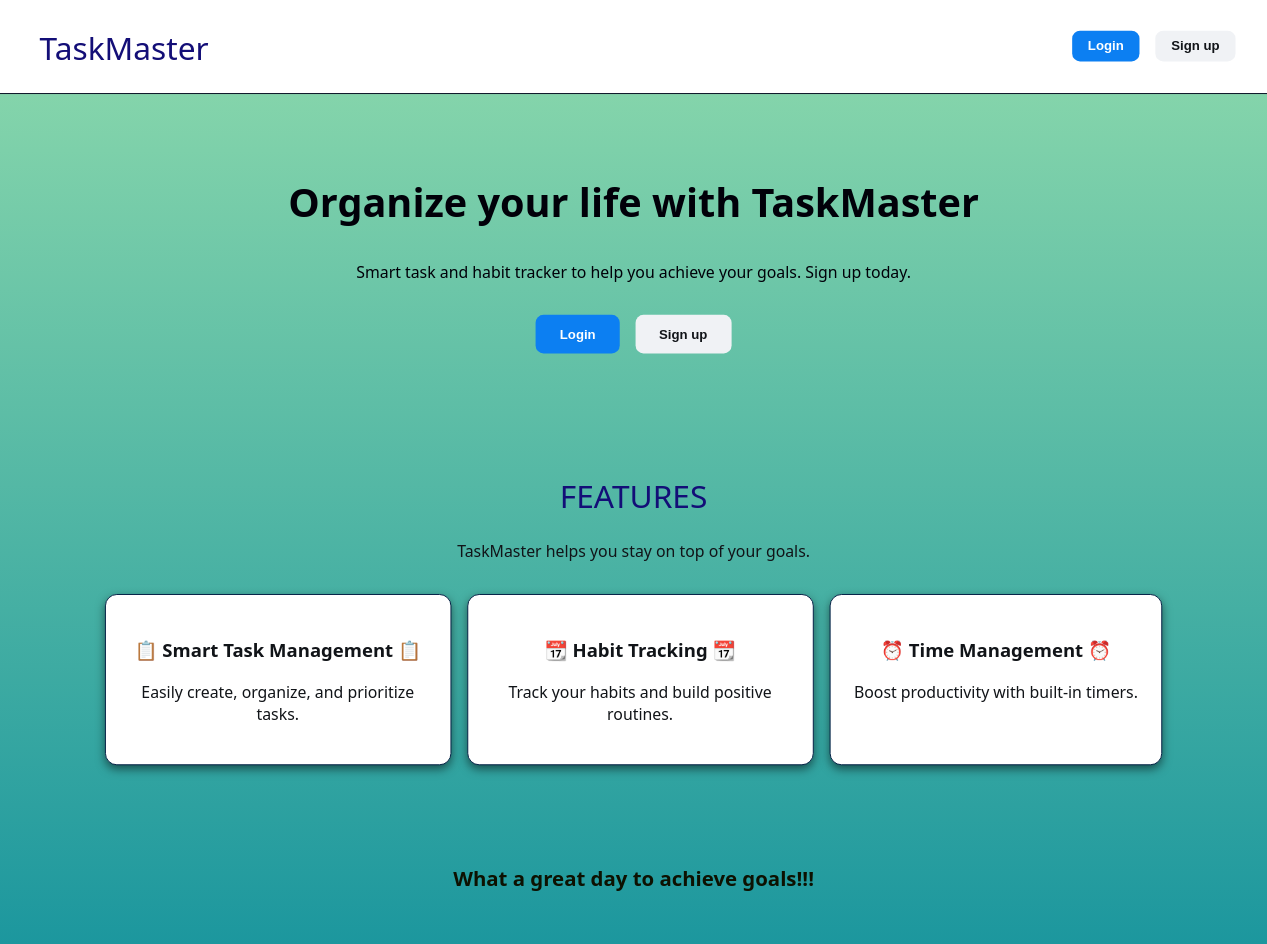
Repository: RachelB9913/smart-task-and-habit-tracker
Page: /
An editor plug-in stored every save of this project. The page is shown before and after the next save, followed by the edit.
The browser window is 1280 px wide. The pictures show the whole page, at 99% of full size.
The project was rebuilt for these pictures with package versions that can differ from the ones it lists, and the page was loaded fresh each time. Also part of the build but not shown: src/services/api.js, src/components/Login.js, src/components/Auth.css, src/components/Register.js, src/components/DashBoard.js.

Above is the page before, as saved 2025-06-18 18:42:18.

After the next save:
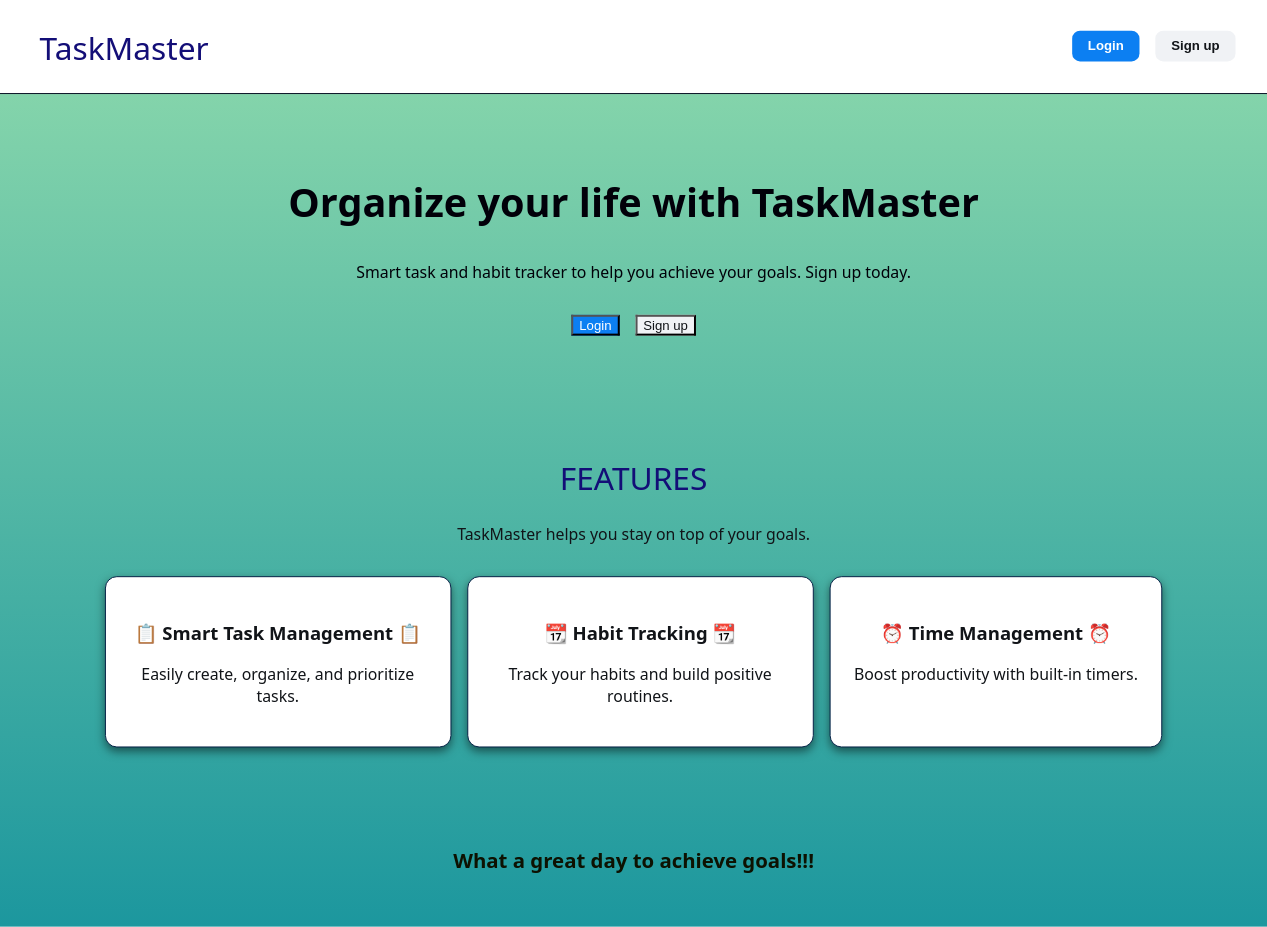
Saved 28 s later.
--- a/src/App.css
+++ b/src/App.css
@@ -124,7 +124,9 @@
   gap: 1rem;
 }
 
-.hero-actions button {
+.hero-actions button:hover {
+  box-shadow: 0 4px 10px rgba(0, 0, 0, 0.2);
+  transition: box-shadow 0.2s;
   padding: 0.75rem 1.5rem;
   font-weight: bold;
   border-radius: 8px;

After the 2 saves that followed:
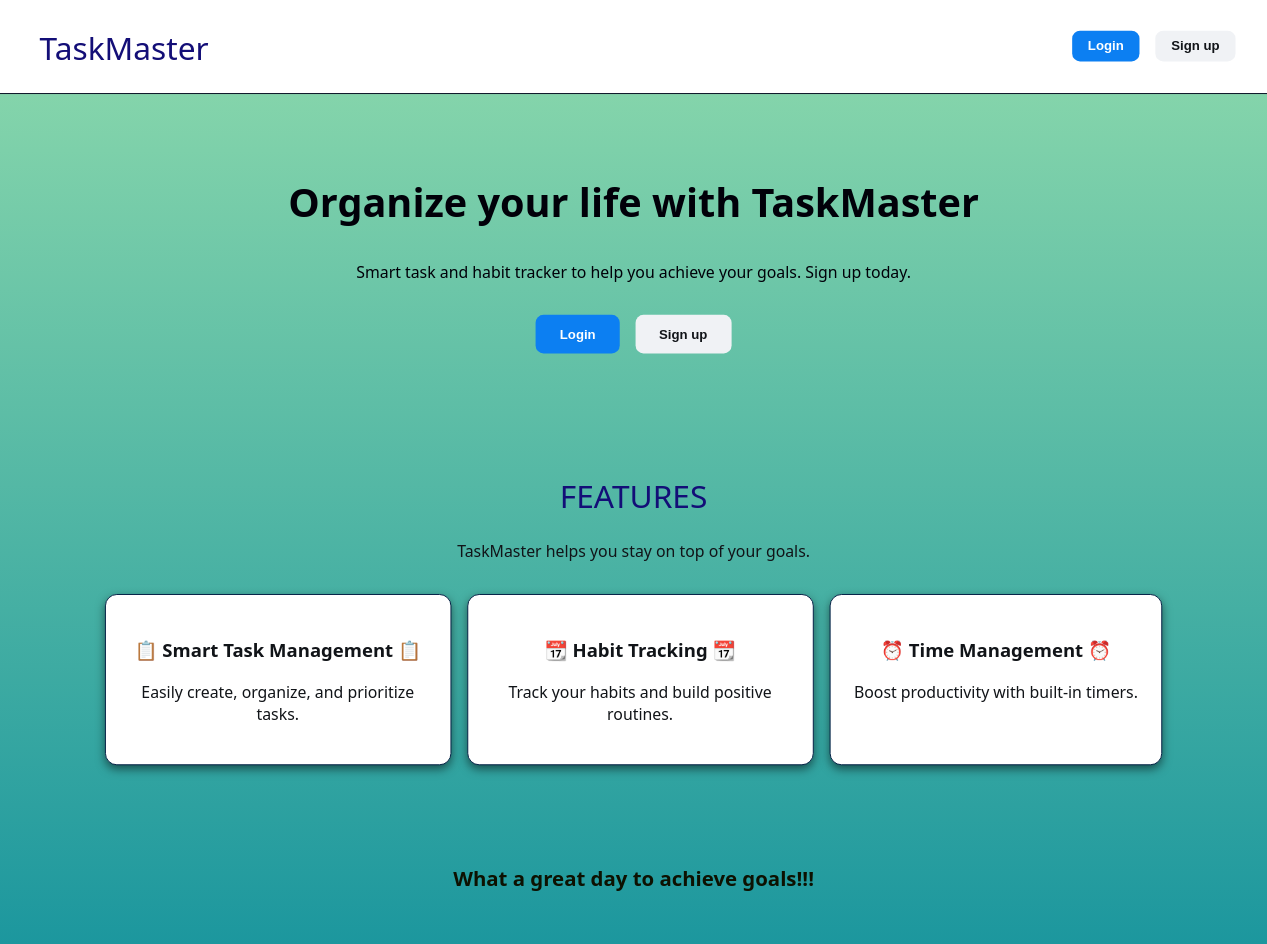
The 2 saves are shown as one change because 1 left the picture as it was.
The last was saved 20 s later.
--- a/src/App.css
+++ b/src/App.css
@@ -124,9 +124,7 @@
   gap: 1rem;
 }
 
-.hero-actions button:hover {
-  box-shadow: 0 4px 10px rgba(0, 0, 0, 0.2);
-  transition: box-shadow 0.2s;
+.hero-actions button {
   padding: 0.75rem 1.5rem;
   font-weight: bold;
   border-radius: 8px;
